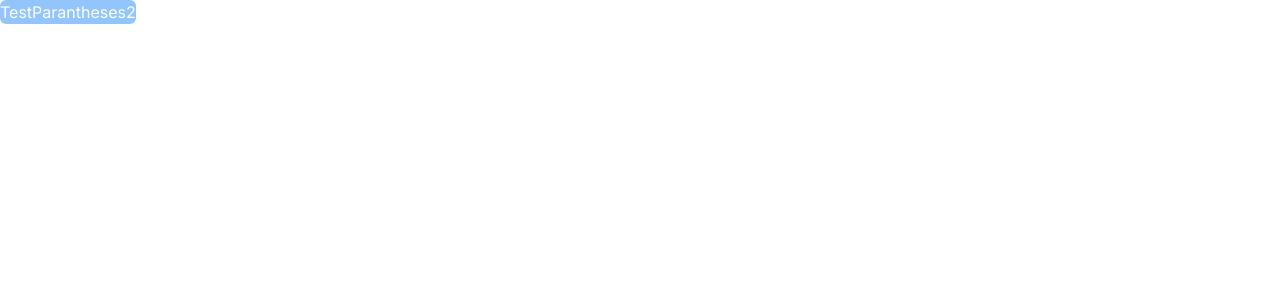
Repository: FrontendProjectsNL/next-auth-credentials-exercise
Page: /parantheses2
These files come from the project's save history. The page is drawn as it stood at one moment and after the next save; the edit follows.
The browser window is 1280 px wide. The pictures show the whole page.
The project was rebuilt for these pictures with package versions that can differ from the ones it lists, and the page was loaded fresh each time. The framework's server and built-in components were replaced by stand-ins that run in the browser. Also part of the build but not shown: next.config.mjs.

Above is the page before, as saved 2024-07-13 13:42:55.

### app/(test)/parantheses2/page.tsx
'use client';

import { useEffect, useState } from 'react';

const TestParantheses = () => {
  const [val, setVal] = useState(false);

  useEffect(() => {
    if (val) throw new Error('val cannot be true!');
  }, [val]);

  return (
    <div className="w-40">
      <button
        onClick={() => setVal((prev) => !prev)}
        className=" bg-blue-300 text-white rounded-md"
      >
        TestParantheses2
      </button>
    </div>
  );
};

export default TestParantheses;

Loaded but not shown: app/layout.tsx (common file); app/globals.css (common file); tailwind.config.ts (common file)

After the next save:
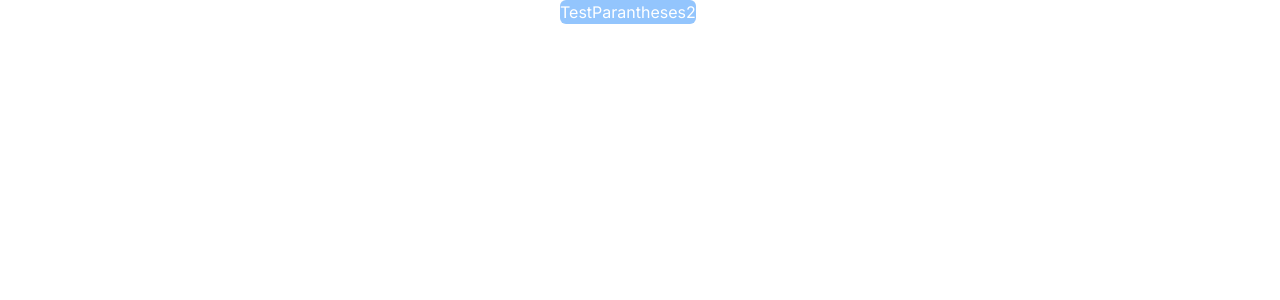
Saved 20 s later.
--- a/app/(test)/parantheses2/page.tsx
+++ b/app/(test)/parantheses2/page.tsx
@@ -10,13 +10,15 @@ const TestParantheses = () => {
   }, [val]);
 
   return (
-    <div className="w-40">
-      <button
-        onClick={() => setVal((prev) => !prev)}
-        className=" bg-blue-300 text-white rounded-md"
-      >
-        TestParantheses2
-      </button>
+    <div className="flex justify-center items-center">
+      <div className="w-40">
+        <button
+          onClick={() => setVal((prev) => !prev)}
+          className=" bg-blue-300 text-white rounded-md"
+        >
+          TestParantheses2
+        </button>
+      </div>
     </div>
   );
 };
